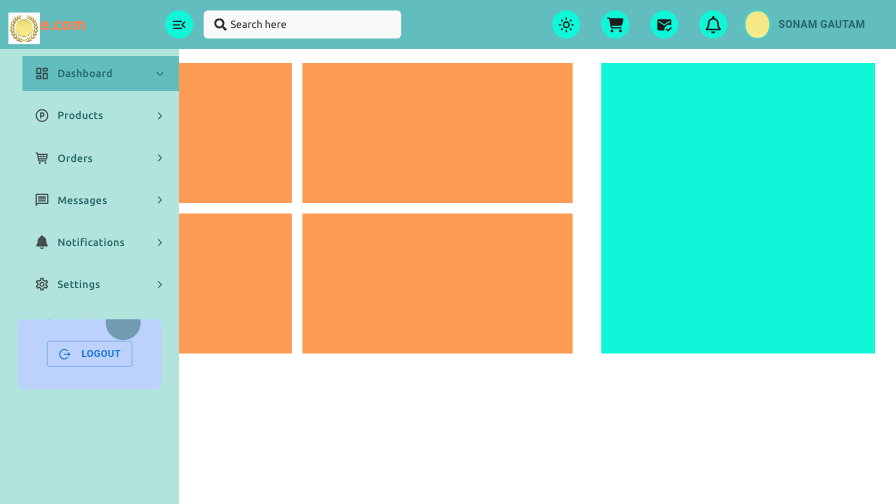
Repository: gautamsonam011/admin-react-dashboard
Page: /
These files come from the project's save history. The page is drawn as it stood at one moment and after the next save; the edit follows.
The browser window is 1280 px wide. The pictures show the whole page, at 70% of full size.
The project was rebuilt for these pictures with package versions that can differ from the ones it lists, and the page was loaded fresh each time.

Above is the page before, as saved 2025-04-16 12:51:20.

After the next save:
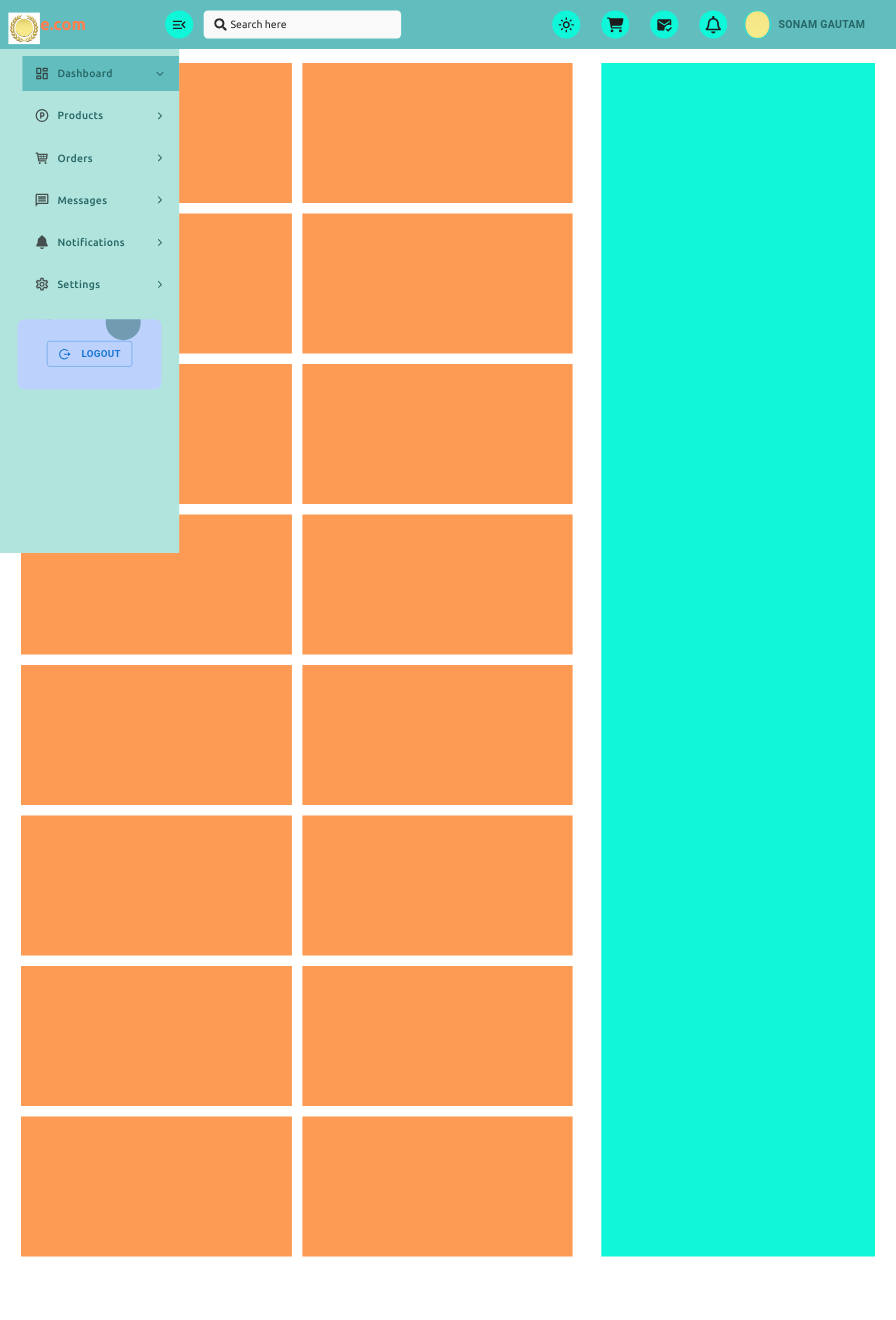
Saved 11 s later.
--- a/src/pages/Dashboard/Dashboard.jsx
+++ b/src/pages/Dashboard/Dashboard.jsx
@@ -1,13 +1,15 @@
+import DashboardBox from "../../components/DashboardBox";
+
 const Dashboard = () => {
     return (
         <div className="right-content w-100">
             <div className="row dashboardBoxWrapperRow ">
                 <div className="col-md-8">
                     <div className="dashboardBoxWrapper d-flex">
-                        <div className="dashboardBox"></div>
-                        <div className="dashboardBox"></div>
-                        <div className="dashboardBox"></div>
-                        <div className="dashboardBox"></div>
+                        <DashboardBox/>
+                        <DashboardBox/>
+                        <DashboardBox/>
+                        <DashboardBox/>
                     </div>
                 </div>
                 <div className="col-md-4 pl-0">

After the 2 saves that followed:
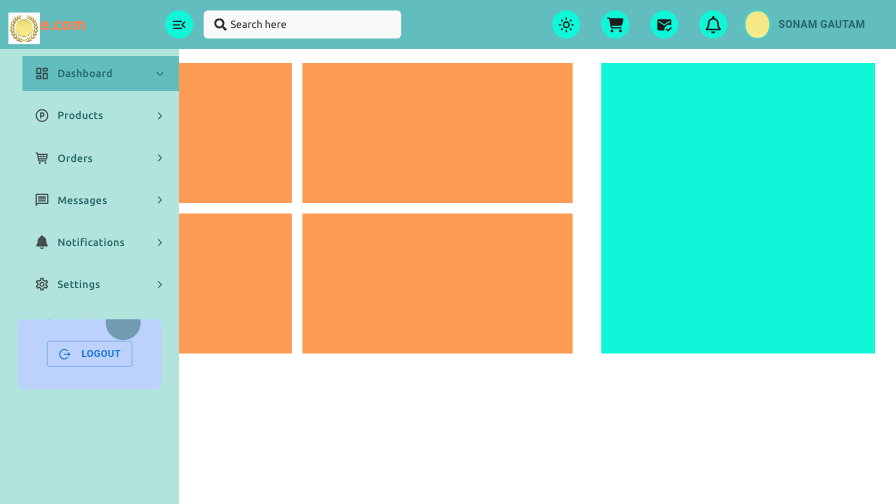
The 2 saves are shown as one change because 1 left the picture as it was.
The last was saved 109 s later.
--- a/src/pages/Dashboard/Dashboard.jsx
+++ b/src/pages/Dashboard/Dashboard.jsx
@@ -6,10 +6,8 @@
             <div className="row dashboardBoxWrapperRow ">
                 <div className="col-md-8">
                     <div className="dashboardBoxWrapper d-flex">
-                        <DashboardBox/>
-                        <DashboardBox/>
-                        <DashboardBox/>
-                        <DashboardBox/>
+                        <DashboardBox color={["#000", "#ccc"]} />
+
                     </div>
                 </div>
                 <div className="col-md-4 pl-0">
